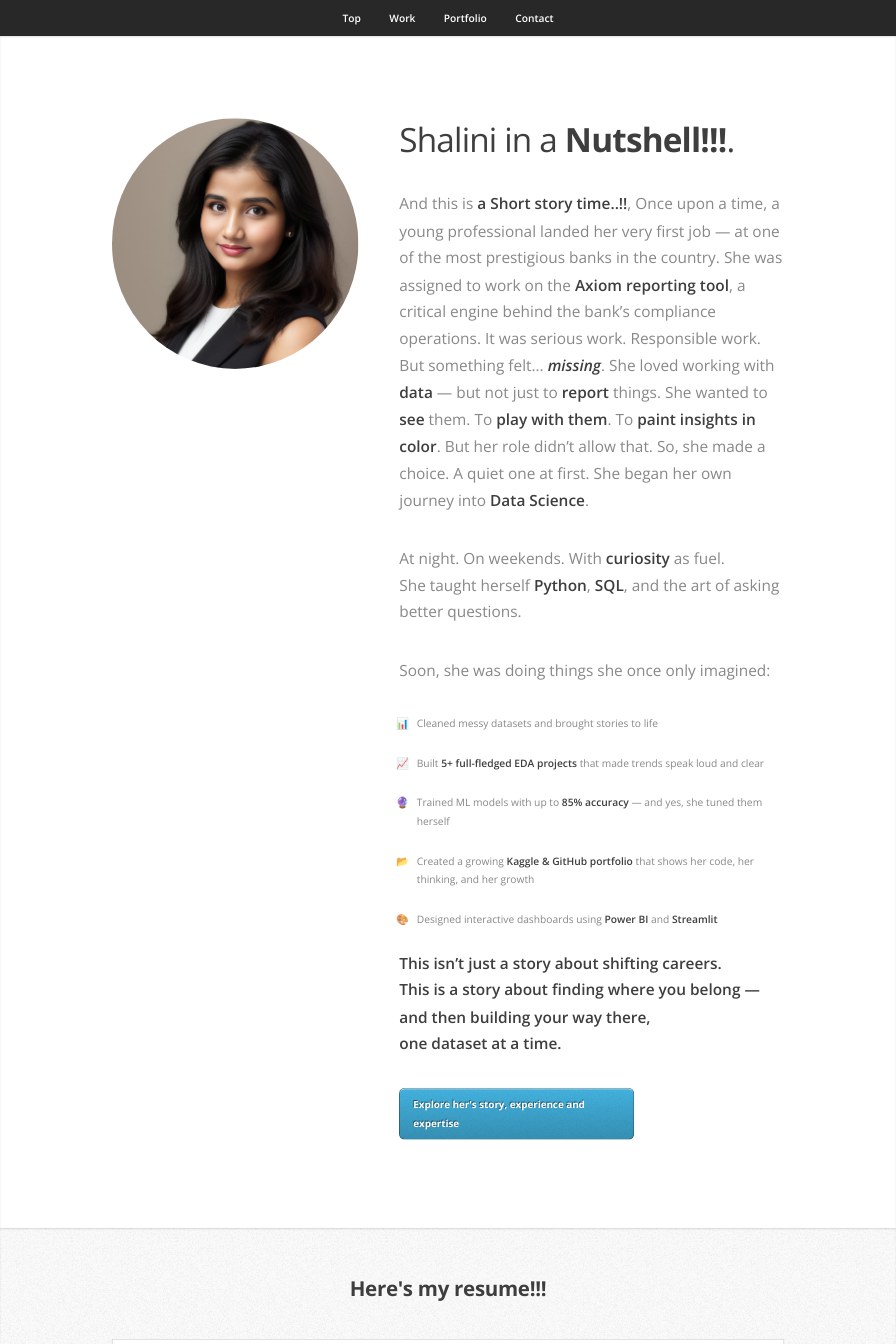
Repository: Shalini-Nanda-ds/Shalini-s-portfolio
Page: index.html
These files come from the project's save history. The page is drawn as it stood at one moment and after the next save; the edit follows.
The browser window is 1280 px wide. The pictures show the part of the page from y = 0 to 1920 px (the page is 4839 px tall), at 70% of full size.

Above is the page before, as saved 2025-05-04 21:00:32.

After the next save:
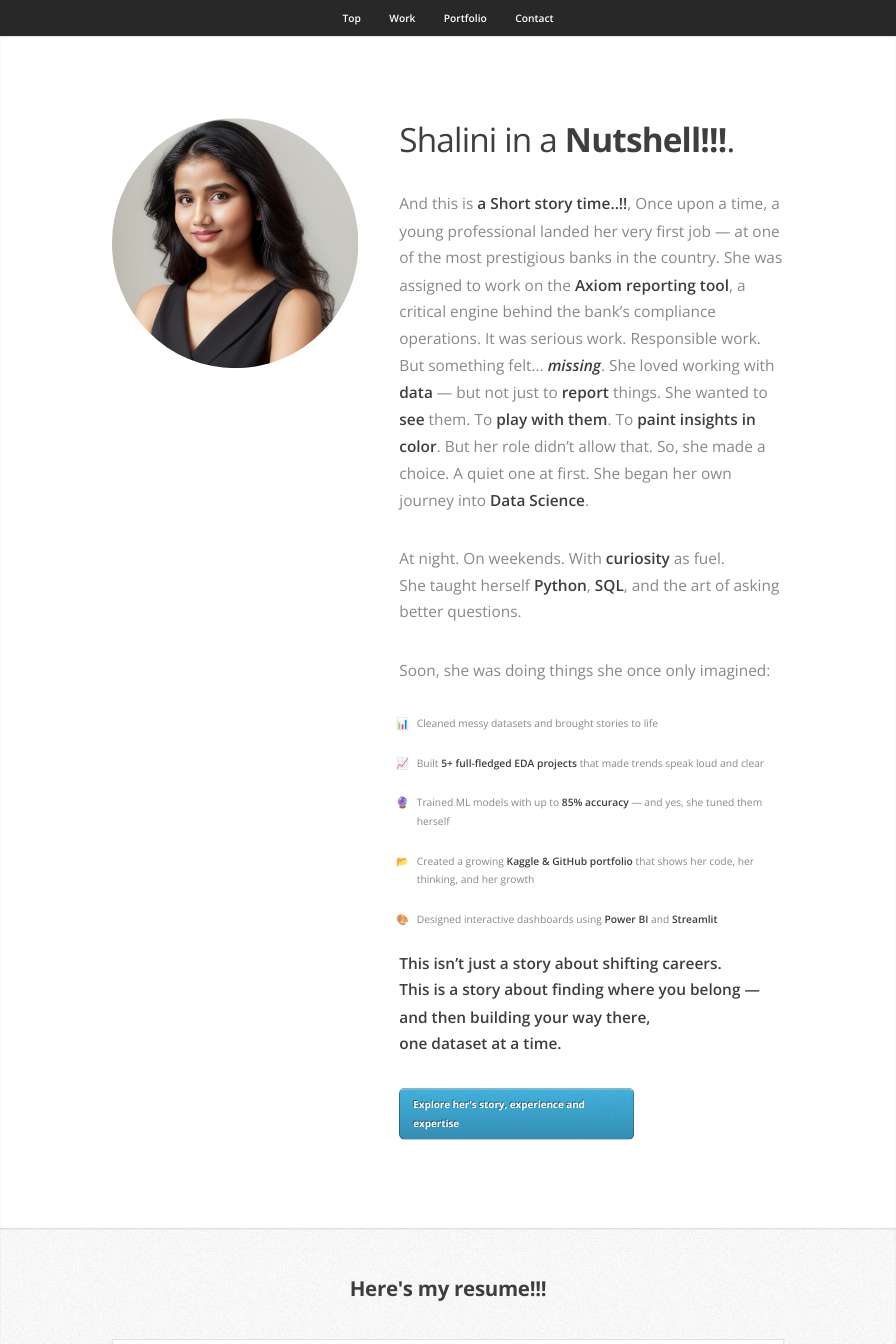
Saved 2 min 46 s later.
--- a/index.html
+++ b/index.html
@@ -28,7 +28,7 @@
 				<div class="container">
 					<div class="row">
 						<div class="col-4 col-5-large col-12-medium">
-							<span class="image fit"><img src="images\portfolio_pic.png" alt="" /></span>
+							<span class="image fit"><img src="images\smile_babe.png" alt="" /></span>
 						</div>
 						<div class="col-8 col-7-large col-12-medium">
 							<header>
